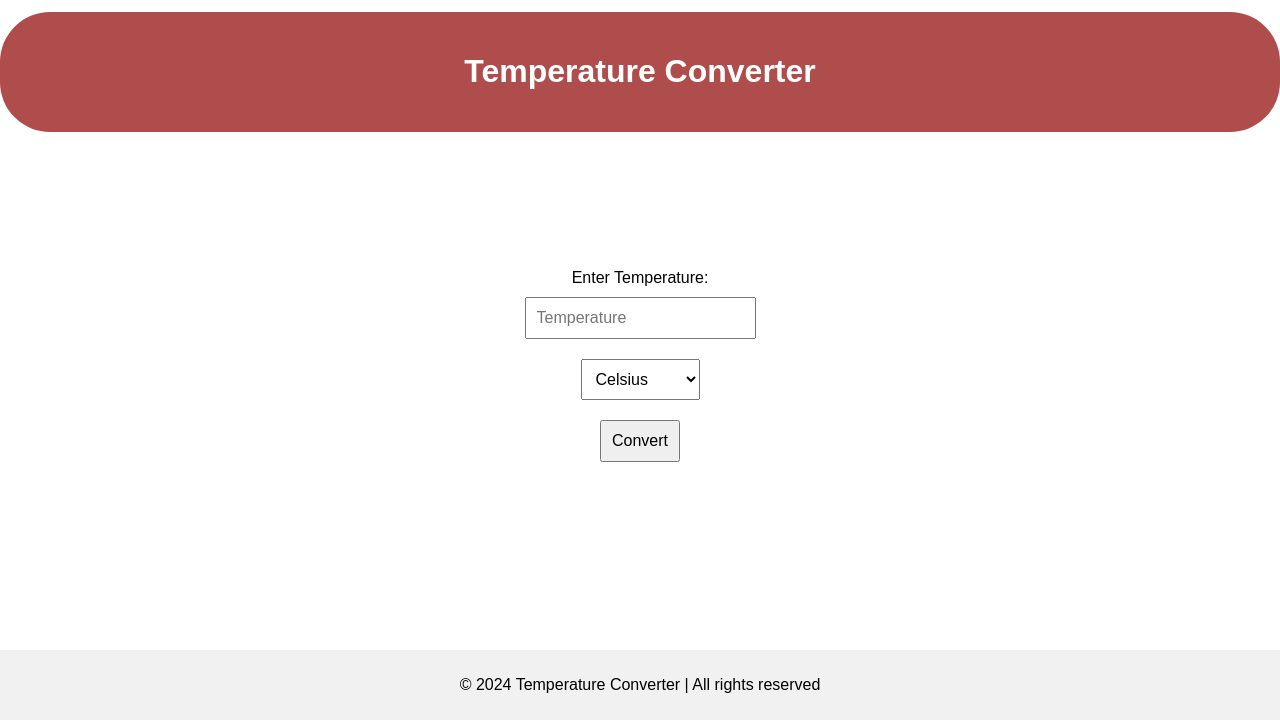
Repository: akhiranandan-04/Temperature-Converter
Page: index.html
These files come from the project's save history. The page is drawn as it stood at one moment and after the next save; the edit follows.
The browser window is 1280 px wide. The pictures show the whole page.

Above is the page before, as saved 2024-10-19 13:13:28.

After the next save:
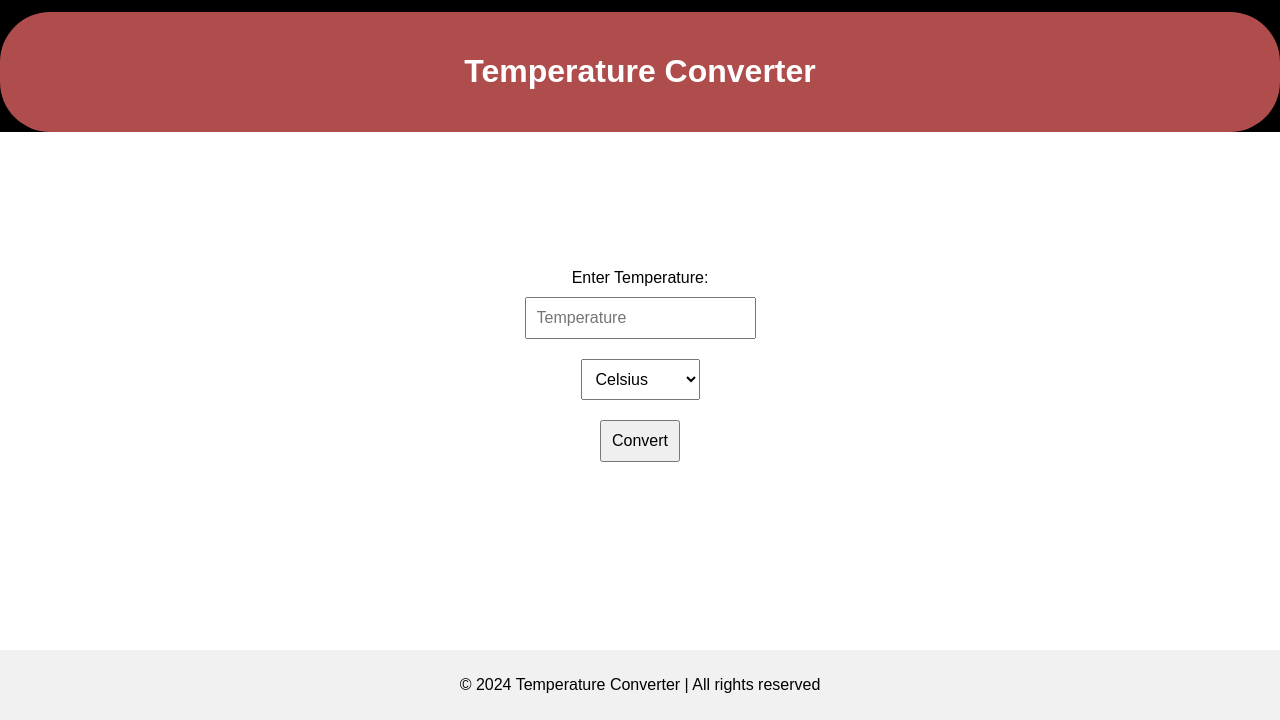
Saved 15 s later.
--- a/style.css
+++ b/style.css
@@ -5,6 +5,7 @@ body {
     justify-content: space-between;
     min-height: 100vh;
     margin: 0;
+    background-color: black;
 }
 
 header {
